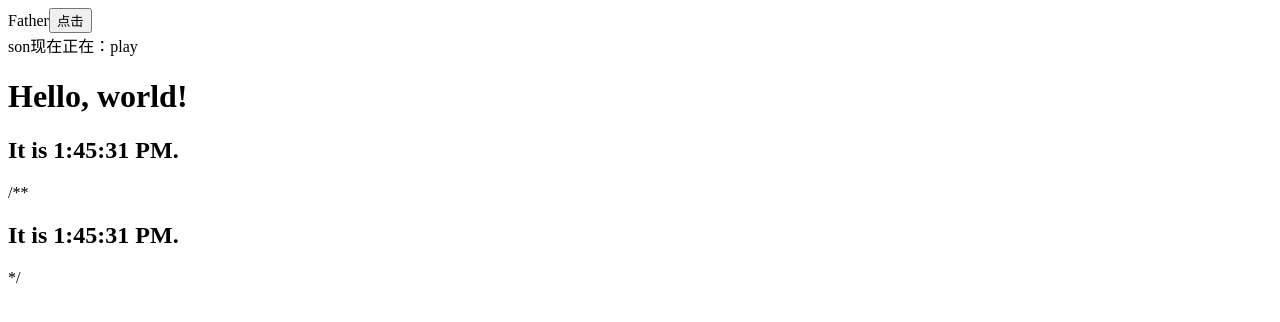
Repository: WanYouwen/react_study_code
Page: day01/01-基础/10-state-change.html
An editor plug-in stored every save of this project. The page is shown before and after the next save, followed by the edit.
The browser window is 1280 px wide. The pictures show the whole page.

Above is the page before, as saved 2020-08-04 17:55:39.

### day01/01-基础/10-state-change.html
<!DOCTYPE html>
<html lang="en">
  <head>
    <meta charset="UTF-8" />
    <meta name="viewport" content="width=device-width, initial-scale=1.0" />
    <meta http-equiv="X-UA-Compatible" content="ie=edge" />
    <title></title>
  </head>
  <body>
    <div id="app"></div>
  </body>
  <script src="../../base/react.min.js"></script>
  <script src="../../base/react-dom.min.js"></script>
  <script src="../../base//browser.min.js"></script>

  <script type="text/babel">
    /*
    总结：
      父子组件通信
        1. state定义在父组件中
        2. 父组件更改
        3. 父组件通过属性绑定 传递 数据给 子组件


        状态只和自己相关，由自己维护

        属性不要自己修改，可以从父组件获取，也可以子组件自己设置

        组件在运行时自己需要修改的数据其实就是状态而已

   */

    // var Father = React.createClass({
    //   getDefaultProps: function(){
    //     return {
    //       name: '张三'
    //     }
    //   },
    //   getInitialState: function(){
    //     return {
    //       doing: 'playing games'
    //     }
    //   },
    //   stateChange: function(){
    //     this.setState({
    //       doing: 'do homework'
    //     })
    //   },
    //   render: function(){
    //     return (
    //       <div>
    //         Father
    //         <button onClick = { this.stateChange } > 踢一脚 </button>
    //         老爸的名字是： { this.props.name }
    //         <hr/>
    //         <Son doing = { this.state.doing }></Son>
    //       </div>
    //     )
    //   }
    // })
    var Father = React.createClass({
      getDefaultProps() {
        return {
          name: 'zhangsan',
        };
      },
      getInitialState() {
        return {
          doing: 'play',
        };
      },
      stateChange() {
        this.setState({
          doing: 'do homework',
        });
      },
      render() {
        console.log(this, 'Father');
        return (
          <div>
            Father
            <button onClick={this.stateChange}>点击</button>
            <Son doing={this.state.doing}></Son>
            <Clock></Clock>
          </div>
        );
      },
    });

    var Son = React.createClass({
      render() {
        console.log(this, 'Son');
        return <div>son现在正在：{this.props.doing}</div>;
      },
    });

    // var Son = React.createClass({

    //   render: function(){
    //     return (
    //       <div>
    //         son现在正在： { this.props.doing }
    //       </div>
    //     )
    //   }
    // })
    // react 官网案例Clock
    class Clock extends React.Component {
      constructor(props) {
        super(props);
        this.state = { date: new Date() };
      }
      componentDidMount() {
        this.timerID = setInterval(() => this.tick(), 1000);
      }

      componentWillUnmount() {
        clearInterval(this.timerID);
      }
      tick() {
        this.setState({
          date: new Date(),
        });
      }

      render() {
        return (
          <div>
            <h1>Hello, world!</h1>
            <FormattedDate date={this.state.date} />
            /** <h2>It is {this.state.date.toLocaleTimeString()}.</h2>
            */
          </div>
        );
      }
    }

    function FormattedDate(props) {
      console.log(props, 'props');
      return <h2>It is {props.date.toLocaleTimeString()}.</h2>;
    }
    ReactDOM.render(<Father />, app);
  </script>
</html>

Loaded but not shown: base/react.min.js (library); base/react-dom.min.js (library); base/browser.min.js (library)

After the next save:
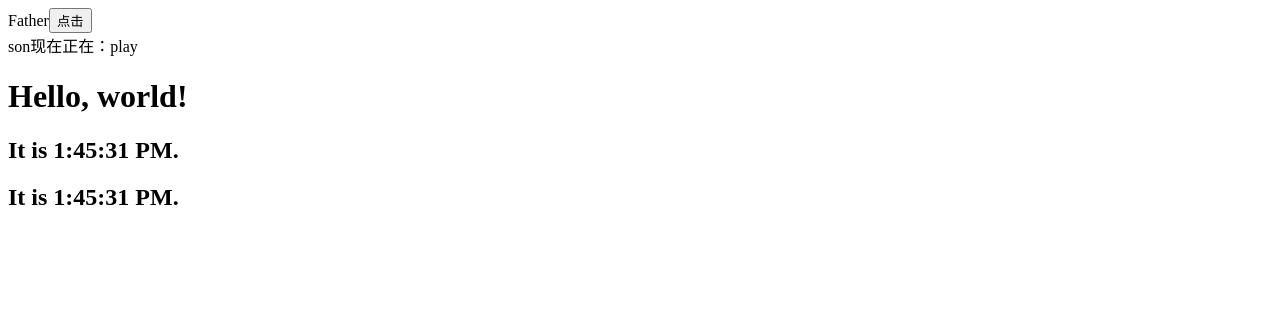
Saved 10 s later.
--- a/day01/01-基础/10-state-change.html
+++ b/day01/01-基础/10-state-change.html
@@ -128,8 +128,7 @@
           <div>
             <h1>Hello, world!</h1>
             <FormattedDate date={this.state.date} />
-            /** <h2>It is {this.state.date.toLocaleTimeString()}.</h2>
-            */
+            <h2>It is {this.state.date.toLocaleTimeString()}.</h2>
           </div>
         );
       }
